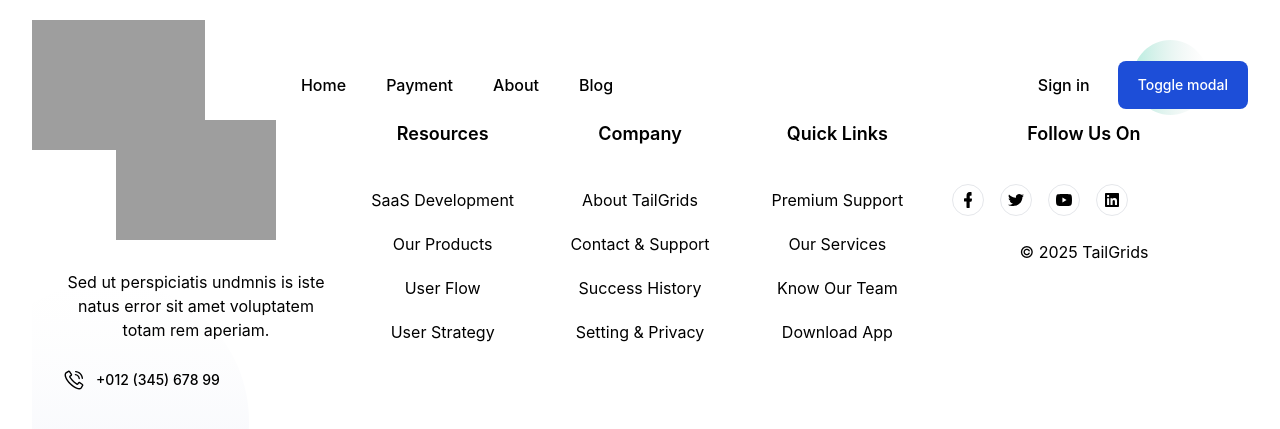
Repository: sayanroychaudhuri/React-One-Page-Ecommerce-Product-List
Page: /
These files come from the project's save history. The page is drawn as it stood at one moment and after the next save; the edit follows.
The browser window is 1280 px wide. The pictures show the whole page.
Pictures or frames that could not be fetched are drawn as grey boxes. The page's requests for data from a server got no answer. The project was rebuilt for these pictures with package versions that can differ from the ones it lists, and the page was loaded fresh each time. No one was signed in, and anything a server would have sent is missing.

Above is the page before, as saved 2024-02-01 19:39:21.

### src/App.js
import './App.css';
import Home from './components/products/Home';

function App() {
  return (
    <div className="App">
      <div className='container'><Home /></div>
    </div>
  );
}

export default App;

### src/components/products/Home.js
import React,{ Suspense, lazy,useEffect,useState } from 'react'
import Header from './Header';
import Footer from './Footer';
import axios from 'axios';

const delayForDemo = (promise) =>{
    return new Promise(resolve => {
      setTimeout(resolve, 1000);
    }).then(() => promise);
  }



function Home() {
    const [products,setProducts] = useState([])
  const [pagination,setPagination] = useState({skip:0,total:0,currentPage:1})
  const getProductList = ()=>{
    axios.get(`https://dummyjson.com/products?limit=8&skip=${pagination.skip}`)
    .then(function (response) {
      // handle success
      let products = response.data.products;
      setProducts(products);
      setPagination({...pagination,total: Math.ceil(response.data.total/8)})
    })
    .catch(function (error) {
      // handle error
      console.log(error);
    })
}
const _changePage = (page)=>{
    setPagination({...pagination,currentPage: page,skip: ((8*page)-8)})
  }

  useEffect(() => {
    setProducts([])
    getProductList()
  }, [pagination.currentPage])
  const ProductList = lazy(() => import('./ProductList.js'));
  return (
    <React.Fragment>
      <Header />
      {products.length> 0 &&
      <Suspense fallback={'<div>Loading</div>'}>
          <ProductList products={products} pagination={pagination} _changePagination={_changePage} />
        </Suspense>}
     <Footer />
  </React.Fragment>
  )
}

export default Home

### src/components/products/Header.js
import React, { useState } from "react";

const Header = () => {
  return (
    <>
      <Navbar />
    </>
  );
};

export default Header;

const Navbar = () => {
  const [open, setOpen] = useState(false);

  return (
    <header className={`absolute left-0 top-0 z-20 flex w-full items-center`}>
      <div className="container">
        <div className="relative -mx-4 flex items-center justify-between">
          <div className="w-60 max-w-full px-4">
            <a href="/#" className="block w-full py-5">
              <img
                src="https://cdn.tailgrids.com/2.0/image/assets/images/logo/logo.svg"
                alt="logo"
                className="w-full dark:hidden"
              />
              <img
                src="https://cdn.tailgrids.com/2.0/image/assets/images/logo/logo-white.svg"
                alt="logo"
                className="w-full hidden dark:block"
              />
            </a>
          </div>
          <div className="flex w-full items-center justify-between px-4">
            <div>
              <button
                onClick={() => setOpen(!open)}
                id="navbarToggler"
                className={` ${
                  open && "navbarTogglerActive"
                } absolute right-4 top-1/2 block -translate-y-1/2 rounded-lg px-3 py-[6px] ring-primary focus:ring-2 lg:hidden`}
              >
                <span className="relative my-[6px] block h-[2px] w-[30px] bg-body-color dark:bg-white"></span>
                <span className="relative my-[6px] block h-[2px] w-[30px] bg-body-color dark:bg-white"></span>
                <span className="relative my-[6px] block h-[2px] w-[30px] bg-body-color dark:bg-white"></span>
              </button>
              <nav
                id="navbarCollapse"
                className={`absolute right-4 top-full w-full max-w-[250px] rounded-lg bg-white px-6 py-5 shadow dark:bg-dark-2 lg:static lg:block lg:w-full lg:max-w-full lg:bg-transparent lg:shadow-none lg:dark:bg-transparent ${
                  !open && "hidden"
                } `}
              >
                <ul className="block lg:flex">
                  <ListItem NavLink="/#">Home</ListItem>
                  <ListItem NavLink="/#">Payment</ListItem>
                  <ListItem NavLink="/#">About</ListItem>
                  <ListItem NavLink="/#">Blog</ListItem>
                </ul>
              </nav>
            </div>
            <div className="hidden justify-end pr-16 sm:flex lg:pr-0">
              <a
                href="/#"
                className="px-7 py-3 text-base font-medium text-dark hover:text-primary dark:text-white"
              >
                Sign in
              </a>
<button data-modal-target="authentication-modal" data-modal-toggle="authentication-modal" className="block text-white bg-blue-700 hover:bg-blue-800 focus:ring-4 focus:outline-none focus:ring-blue-300 font-medium rounded-lg text-sm px-5 py-2.5 text-center dark:bg-blue-600 dark:hover:bg-blue-700 dark:focus:ring-blue-800" type="button">
  Toggle modal
</button>
<div id="authentication-modal" tabIndex="-1" aria-hidden="true" className="hidden overflow-y-auto overflow-x-hidden fixed top-0 right-0 left-0 z-50 justify-center items-center w-full md:inset-0 h-[calc(100%-1rem)] max-h-full">
    <div className="relative p-4 w-full max-w-md max-h-full">
        <div className="relative bg-white rounded-lg shadow dark:bg-gray-700">
            <div className="flex items-center justify-between p-4 md:p-5 border-b rounded-t dark:border-gray-600">
                <h3 className="text-xl font-semibold text-gray-900 dark:text-white">
                    Sign in to our platform
                </h3>
                <button type="button" className="end-2.5 text-gray-400 bg-transparent hover:bg-gray-200 hover:text-gray-900 rounded-lg text-sm w-8 h-8 ms-auto inline-flex justify-center items-center dark:hover:bg-gray-600 dark:hover:text-white" data-modal-hide="authentication-modal">
                    <svg className="w-3 h-3" aria-hidden="true" xmlns="http://www.w3.org/2000/svg" fill="none" viewBox="0 0 14 14">
                        <path stroke="currentColor" strokeLinecap="round" strokeLinejoin="round" strokeWidth="2" d="m1 1 6 6m0 0 6 6M7 7l6-6M7 7l-6 6"/>
                    </svg>
                    <span className="sr-only">Close modal</span>
                </button>
            </div>
            <div className="p-4 md:p-5">
                <form className="space-y-4" action="#">
                    <div>
                        <label htmlFor="email" className="block mb-2 text-sm font-medium text-gray-900 dark:text-white">Your email</label>
                        <input type="email" name="email" id="email" className="bg-gray-50 border border-gray-300 text-gray-900 text-sm rounded-lg focus:ring-blue-500 focus:border-blue-500 block w-full p-2.5 dark:bg-gray-600 dark:border-gray-500 dark:placeholder-gray-400 dark:text-white" placeholder="name@company.com" required />
                    </div>
                    <div>
                        <label htmlFor="password" className="block mb-2 text-sm font-medium text-gray-900 dark:text-white">Your password</label>
                        <input type="password" name="password" id="password" placeholder="••••••••" className="bg-gray-50 border border-gray-300 text-gray-900 text-sm rounded-lg focus:ring-blue-500 focus:border-blue-500 block w-full p-2.5 dark:bg-gray-600 dark:border-gray-500 dark:placeholder-gray-400 dark:text-white" required />
                    </div>
                    <div className="flex justify-between">
                        <div className="flex items-start">
                            <div className="flex items-center h-5">
                                <input id="remember" type="checkbox" value="" className="w-4 h-4 border border-gray-300 rounded bg-gray-50 focus:ring-3 focus:ring-blue-300 dark:bg-gray-600 dark:border-gray-500 dark:focus:ring-blue-600 dark:ring-offset-gray-800 dark:focus:ring-offset-gray-800" required />
                            </div>
                            <label htmlFor="remember" className="ms-2 text-sm font-medium text-gray-900 dark:text-gray-300">Remember me</label>
                        </div>
                        <a href="#" className="text-sm text-blue-700 hover:underline dark:text-blue-500">Lost Password?</a>
                    </div>
                    <button type="submit" className="w-full text-white bg-blue-700 hover:bg-blue-800 focus:ring-4 focus:outline-none focus:ring-blue-300 font-medium rounded-lg text-sm px-5 py-2.5 text-center dark:bg-blue-600 dark:hover:bg-blue-700 dark:focus:ring-blue-800">Login to your account</button>
                    <div className="text-sm font-medium text-gray-500 dark:text-gray-300">
                        Not registered? <a href="#" className="text-blue-700 hover:underline dark:text-blue-500">Create account</a>
                    </div>
                </form>
            </div>
        </div>
    </div>
</div>
            </div>
          </div>
        </div>
      </div>
    </header>
  );
};

const ListItem = ({ children, NavLink }) => {
  return (
    <>
      <li>
        <a
          href={NavLink}
          className="flex py-2 text-base font-medium text-dark hover:text-primary dark:text-white lg:ml-10 lg:inline-flex"
        >
          {children}
        </a>
      </li>
    </>
  );
};

### src/components/products/Footer.js
import React from "react";

const Footer = () => {
  return (
    <>
      <footer className="relative z-10 bg-white pb-10 pt-20 dark:bg-dark lg:pb-20 lg:pt-[120px]">
        <div className="container">
          <div className="-mx-4 flex flex-wrap">
            <div className="w-full px-4 sm:w-2/3 lg:w-3/12">
              <div className="mb-10 w-full">
                <a href="/#" className="mb-6 inline-block max-w-[160px]">
                  <img
                    src="https://cdn.tailgrids.com/2.0/image/assets/images/logo/logo.svg"
                    alt="logo"
                    className="max-w-full dark:hidden"
                  />
                  <img
                    src="https://cdn.tailgrids.com/2.0/image/assets/images/logo/logo-white.svg"
                    alt="logo"
                    className="max-w-full hidden dark:block"
                  />
                </a>
                <p className="mb-7 text-base text-body-color dark:text-dark-6">
                  Sed ut perspiciatis undmnis is iste natus error sit amet
                  voluptatem totam rem aperiam.
                </p>
                <p className="flex items-center text-sm font-medium text-dark dark:text-white">
                  <span className="mr-3 text-primary">
                    <svg
                      width="20"
                      height="20"
                      viewBox="0 0 20 20"
                      fill="none"
                      xmlns="http://www.w3.org/2000/svg"
                    >
                      <g clip-path="url(#clip0_941_15626)">
                        <path
                          d="M15.1875 19.4688C14.3438 19.4688 13.375 19.25 12.3125 18.8438C10.1875 18 7.84377 16.375 5.75002 14.2813C3.65627 12.1875 2.03127 9.84377 1.18752 7.68752C0.250019 5.37502 0.343769 3.46877 1.43752 2.40627C1.46877 2.37502 1.53127 2.34377 1.56252 2.31252L4.18752 0.750025C4.84377 0.375025 5.68752 0.562525 6.12502 1.18752L7.96877 3.93753C8.40627 4.59378 8.21877 5.46877 7.59377 5.90627L6.46877 6.68752C7.28127 8.00002 9.59377 11.2188 13.2813 13.5313L13.9688 12.5313C14.5 11.7813 15.3438 11.5625 16.0313 12.0313L18.7813 13.875C19.4063 14.3125 19.5938 15.1563 19.2188 15.8125L17.6563 18.4375C17.625 18.5 17.5938 18.5313 17.5625 18.5625C17 19.1563 16.1875 19.4688 15.1875 19.4688ZM2.37502 3.46878C1.78127 4.12503 1.81252 5.46877 2.50002 7.18752C3.28127 9.15627 4.78127 11.3125 6.75002 13.2813C8.68752 15.2188 10.875 16.7188 12.8125 17.5C14.5 18.1875 15.8438 18.2188 16.5313 17.625L18.0313 15.0625C18.0313 15.0313 18.0313 15.0313 18.0313 15L15.2813 13.1563C15.2813 13.1563 15.2188 13.1875 15.1563 13.2813L14.4688 14.2813C14.0313 14.9063 13.1875 15.0938 12.5625 14.6875C8.62502 12.25 6.18752 8.84377 5.31252 7.46877C4.90627 6.81252 5.06252 5.96878 5.68752 5.53128L6.81252 4.75002V4.71878L4.96877 1.96877C4.96877 1.93752 4.93752 1.93752 4.90627 1.96877L2.37502 3.46878Z"
                          fill="currentColor"
                        />
                        <path
                          d="M18.3125 8.90633C17.9375 8.90633 17.6563 8.62508 17.625 8.25008C17.375 5.09383 14.7813 2.56258 11.5938 2.34383C11.2188 2.31258 10.9063 2.00008 10.9375 1.59383C10.9688 1.21883 11.2813 0.906333 11.6875 0.937583C15.5625 1.18758 18.7188 4.25008 19.0313 8.12508C19.0625 8.50008 18.7813 8.84383 18.375 8.87508C18.375 8.90633 18.3438 8.90633 18.3125 8.90633Z"
                          fill="currentColor"
                        />
                        <path
                          d="M15.2187 9.18755C14.875 9.18755 14.5625 8.93755 14.5312 8.56255C14.3437 6.87505 13.0312 5.56255 11.3437 5.3438C10.9687 5.31255 10.6875 4.93755 10.7187 4.56255C10.75 4.18755 11.125 3.9063 11.5 3.93755C13.8437 4.2188 15.6562 6.0313 15.9375 8.37505C15.9687 8.75005 15.7187 9.0938 15.3125 9.1563C15.25 9.18755 15.2187 9.18755 15.2187 9.18755Z"
                          fill="currentColor"
                        />
                      </g>
                      <defs>
                        <clipPath id="clip0_941_15626">
                          <rect width="20" height="20" fill="white" />
                        </clipPath>
                      </defs>
                    </svg>
                  </span>
                  <span>+012 (345) 678 99</span>
                </p>
              </div>
            </div>

            <LinkGroup header="Resources">
              <NavLink link="/#" label="SaaS Development" />
              <NavLink link="/#" label="Our Products" />
              <NavLink link="/#" label="User Flow" />
              <NavLink link="/#" label="User Strategy" />
            </LinkGroup>
            <LinkGroup header="Company">
              <NavLink link="/#" label="About TailGrids" />
              <NavLink link="/#" label="Contact & Support" />
              <NavLink link="/#" label="Success History" />
              <NavLink link="/#" label="Setting & Privacy" />
            </LinkGroup>
            <LinkGroup header="Quick Links">
              <NavLink link="/#" label="Premium Support" />
              <NavLink link="/#" label="Our Services" />
              <NavLink link="/#" label="Know Our Team" />
              <NavLink link="/#" label="Download App" />
            </LinkGroup>

            <div className="w-full px-4 sm:w-1/2 lg:w-3/12">
              <div className="mb-10 w-full">
                <h4 className="mb-9 text-lg font-semibold text-dark dark:text-white">
                  Follow Us On
                </h4>
                <div className="mb-6 flex items-center">
                  <a
                    href="javascript:void(0)"
                    className="mr-3 flex h-8 w-8 items-center justify-center rounded-full border border-stroke text-dark hover:border-primary hover:bg-primary hover:text-white dark:border-dark-3 dark:text-white dark:hover:border-primary sm:mr-4 lg:mr-3 xl:mr-4"
                  >
                    <svg
                      width="8"
                      height="16"
                      viewBox="0 0 8 16"
                      className="fill-current"
                    >
                      <path d="M7.43902 6.4H6.19918H5.75639V5.88387V4.28387V3.76774H6.19918H7.12906C7.3726 3.76774 7.57186 3.56129 7.57186 3.25161V0.516129C7.57186 0.232258 7.39474 0 7.12906 0H5.51285C3.76379 0 2.54609 1.44516 2.54609 3.5871V5.83226V6.34839H2.10329H0.597778C0.287819 6.34839 0 6.63226 0 7.04516V8.90323C0 9.26452 0.243539 9.6 0.597778 9.6H2.05902H2.50181V10.1161V15.3032C2.50181 15.6645 2.74535 16 3.09959 16H5.18075C5.31359 16 5.42429 15.9226 5.51285 15.8194C5.60141 15.7161 5.66783 15.5355 5.66783 15.3806V10.1419V9.62581H6.13276H7.12906C7.41688 9.62581 7.63828 9.41935 7.68256 9.10968V9.08387V9.05806L7.99252 7.27742C8.01466 7.09677 7.99252 6.89032 7.85968 6.68387C7.8154 6.55484 7.61614 6.42581 7.43902 6.4Z" />
                    </svg>
                  </a>
                  <a
                    href="javascript:void(0)"
                    className="mr-3 flex h-8 w-8 items-center justify-center rounded-full border border-stroke text-dark hover:border-primary hover:bg-primary hover:text-white dark:border-dark-3 dark:text-white dark:hover:border-primary sm:mr-4 lg:mr-3 xl:mr-4"
                  >
                    <svg
                      width="16"
                      height="12"
                      viewBox="0 0 16 12"
                      className="fill-current"
                    >
                      <path d="M14.2194 2.06654L15.2 0.939335C15.4839 0.634051 15.5613 0.399217 15.5871 0.2818C14.8129 0.704501 14.0903 0.845401 13.6258 0.845401H13.4452L13.3419 0.751468C12.7226 0.258317 11.9484 0 11.1226 0C9.31613 0 7.89677 1.36204 7.89677 2.93542C7.89677 3.02935 7.89677 3.17025 7.92258 3.26419L8 3.73386L7.45806 3.71037C4.15484 3.61644 1.44516 1.03327 1.00645 0.587084C0.283871 1.76125 0.696774 2.88845 1.13548 3.59296L2.0129 4.90802L0.619355 4.20352C0.645161 5.18982 1.05806 5.96477 1.85806 6.52838L2.55484 6.99804L1.85806 7.25636C2.29677 8.45401 3.27742 8.94716 4 9.13503L4.95484 9.36986L4.05161 9.93346C2.60645 10.8728 0.8 10.8024 0 10.7319C1.62581 11.7652 3.56129 12 4.90323 12C5.90968 12 6.65806 11.9061 6.83871 11.8356C14.0645 10.2857 14.4 4.41487 14.4 3.2407V3.07632L14.5548 2.98239C15.4323 2.23092 15.7935 1.8317 16 1.59687C15.9226 1.62035 15.8194 1.66732 15.7161 1.6908L14.2194 2.06654Z" />
                    </svg>
                  </a>
                  <a
                    href="javascript:void(0)"
                    className="mr-3 flex h-8 w-8 items-center justify-center rounded-full border border-stroke text-dark hover:border-primary hover:bg-primary hover:text-white dark:border-dark-3 dark:text-white dark:hover:border-primary sm:mr-4 lg:mr-3 xl:mr-4"
                  >
                    <svg
                      width="16"
                      height="12"
                      viewBox="0 0 16 12"
                      className="fill-current"
                    >
                      <path d="M15.6645 1.88018C15.4839 1.13364 14.9419 0.552995 14.2452 0.359447C13.0065 6.59222e-08 8 0 8 0C8 0 2.99355 6.59222e-08 1.75484 0.359447C1.05806 0.552995 0.516129 1.13364 0.335484 1.88018C0 3.23502 0 6 0 6C0 6 0 8.79263 0.335484 10.1198C0.516129 10.8664 1.05806 11.447 1.75484 11.6406C2.99355 12 8 12 8 12C8 12 13.0065 12 14.2452 11.6406C14.9419 11.447 15.4839 10.8664 15.6645 10.1198C16 8.79263 16 6 16 6C16 6 16 3.23502 15.6645 1.88018ZM6.4 8.57143V3.42857L10.5548 6L6.4 8.57143Z" />
                    </svg>
                  </a>
                  <a
                    href="javascript:void(0)"
                    className="mr-3 flex h-8 w-8 items-center justify-center rounded-full border border-stroke text-dark hover:border-primary hover:bg-primary hover:text-white dark:border-dark-3 dark:text-white dark:hover:border-primary sm:mr-4 lg:mr-3 xl:mr-4"
                  >
                    <svg
                      width="14"
                      height="14"
                      viewBox="0 0 14 14"
                      className="fill-current"
                    >
                      <path d="M13.0214 0H1.02084C0.453707 0 0 0.451613 0 1.01613V12.9839C0 13.5258 0.453707 14 1.02084 14H12.976C13.5432 14 13.9969 13.5484 13.9969 12.9839V0.993548C14.0422 0.451613 13.5885 0 13.0214 0ZM4.15142 11.9H2.08705V5.23871H4.15142V11.9ZM3.10789 4.3129C2.42733 4.3129 1.90557 3.77097 1.90557 3.11613C1.90557 2.46129 2.45002 1.91935 3.10789 1.91935C3.76577 1.91935 4.31022 2.46129 4.31022 3.11613C4.31022 3.77097 3.81114 4.3129 3.10789 4.3129ZM11.9779 11.9H9.9135V8.67097C9.9135 7.90323 9.89082 6.8871 8.82461 6.8871C7.73571 6.8871 7.57691 7.74516 7.57691 8.60323V11.9H5.51254V5.23871H7.53154V6.16452H7.55423C7.84914 5.62258 8.50701 5.08065 9.52785 5.08065C11.6376 5.08065 12.0232 6.43548 12.0232 8.2871V11.9H11.9779Z" />
                    </svg>
                  </a>
                </div>
                <p className="text-base text-body-color dark:text-dark-6">
                  &copy; 2025 TailGrids
                </p>
              </div>
            </div>
          </div>
        </div>
        <div>
          <span className="absolute bottom-0 left-0 z-[-1]">
            <svg
              width={217}
              height={229}
              viewBox="0 0 217 229"
              fill="none"
              xmlns="http://www.w3.org/2000/svg"
            >
              <path
                d="M-64 140.5C-64 62.904 -1.096 1.90666e-05 76.5 1.22829e-05C154.096 5.49924e-06 217 62.904 217 140.5C217 218.096 154.096 281 76.5 281C-1.09598 281 -64 218.096 -64 140.5Z"
                fill="url(#paint0_linear_1179_5)"
              />
              <defs>
                <linearGradient
                  id="paint0_linear_1179_5"
                  x1="76.5"
                  y1={281}
                  x2="76.5"
                  y2="1.22829e-05"
                  gradientUnits="userSpaceOnUse"
                >
                  <stop stopColor="#3056D3" stopOpacity="0.08" />
                  <stop offset={1} stopColor="#C4C4C4" stopOpacity={0} />
                </linearGradient>
              </defs>
            </svg>
          </span>
          <span className="absolute right-10 top-10 z-[-1]">
            <svg
              width={75}
              height={75}
              viewBox="0 0 75 75"
              fill="none"
              xmlns="http://www.w3.org/2000/svg"
            >
              <path
                d="M37.5 -1.63918e-06C58.2107 -2.54447e-06 75 16.7893 75 37.5C75 58.2107 58.2107 75 37.5 75C16.7893 75 -7.33885e-07 58.2107 -1.63918e-06 37.5C-2.54447e-06 16.7893 16.7893 -7.33885e-07 37.5 -1.63918e-06Z"
                fill="url(#paint0_linear_1179_4)"
              />
              <defs>
                <linearGradient
                  id="paint0_linear_1179_4"
                  x1="-1.63917e-06"
                  y1="37.5"
                  x2={75}
                  y2="37.5"
                  gradientUnits="userSpaceOnUse"
                >
                  <stop stopColor="#13C296" stopOpacity="0.31" />
                  <stop offset={1} stopColor="#C4C4C4" stopOpacity={0} />
                </linearGradient>
              </defs>
            </svg>
          </span>
        </div>
      </footer>
    </>
  );
};

export default Footer;

const LinkGroup = ({ children, header }) => {
  return (
    <>
      <div className="w-full px-4 sm:w-1/2 lg:w-2/12">
        <div className="mb-10 w-full">
          <h4 className="mb-9 text-lg font-semibold text-dark dark:text-white">
            {header}
          </h4>
          <ul className="space-y-3">{children}</ul>
        </div>
      </div>
    </>
  );
};

const NavLink = ({ link, label }) => {
  return (
    <li>
      <a
        href={link}
        className="inline-block text-base leading-loose text-body-color hover:text-primary dark:text-dark-6"
      >
        {label}
      </a>
    </li>
  );
};

### tailwind.config.js
/** @type {import('tailwindcss').Config} */
module.exports = {
  content: [
    "./src/**/*.{js,jsx,ts,tsx}",
  ],
  theme: {
    container: {
      center: true,
      padding: '2rem'
    },
  },
  plugins: [],
}

Loaded but not shown: public/index.html (common file); src/index.js (common file); src/index.css (common file); src/reportWebVitals.js (common file); src/App.css (common file)

After the next save:
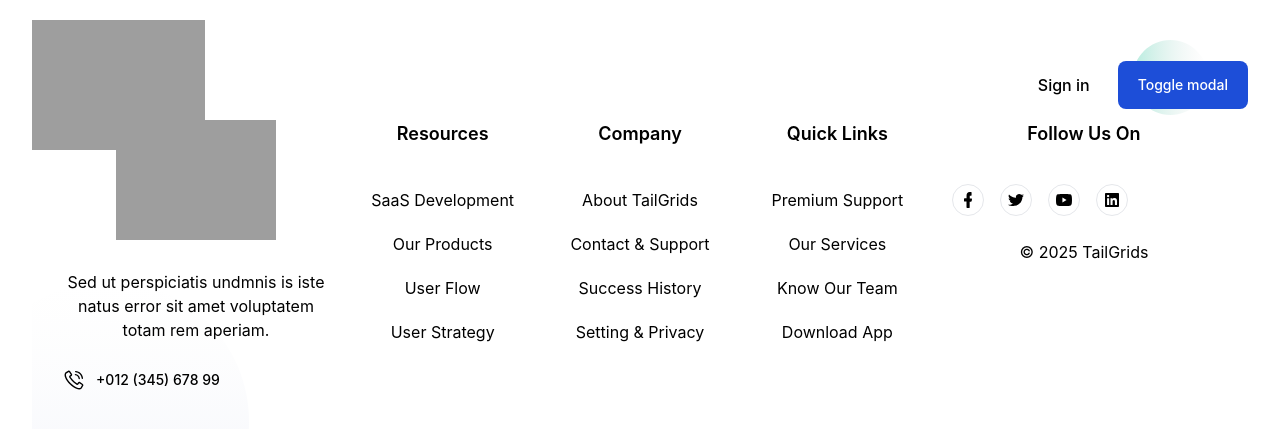
Saved 69 s later.
--- a/src/components/products/Header.js
+++ b/src/components/products/Header.js
@@ -44,19 +44,6 @@ const Navbar = () => {
                 <span className="relative my-[6px] block h-[2px] w-[30px] bg-body-color dark:bg-white"></span>
                 <span className="relative my-[6px] block h-[2px] w-[30px] bg-body-color dark:bg-white"></span>
               </button>
-              <nav
-                id="navbarCollapse"
-                className={`absolute right-4 top-full w-full max-w-[250px] rounded-lg bg-white px-6 py-5 shadow dark:bg-dark-2 lg:static lg:block lg:w-full lg:max-w-full lg:bg-transparent lg:shadow-none lg:dark:bg-transparent ${
-                  !open && "hidden"
-                } `}
-              >
-                <ul className="block lg:flex">
-                  <ListItem NavLink="/#">Home</ListItem>
-                  <ListItem NavLink="/#">Payment</ListItem>
-                  <ListItem NavLink="/#">About</ListItem>
-                  <ListItem NavLink="/#">Blog</ListItem>
-                </ul>
-              </nav>
             </div>
             <div className="hidden justify-end pr-16 sm:flex lg:pr-0">
               <a
